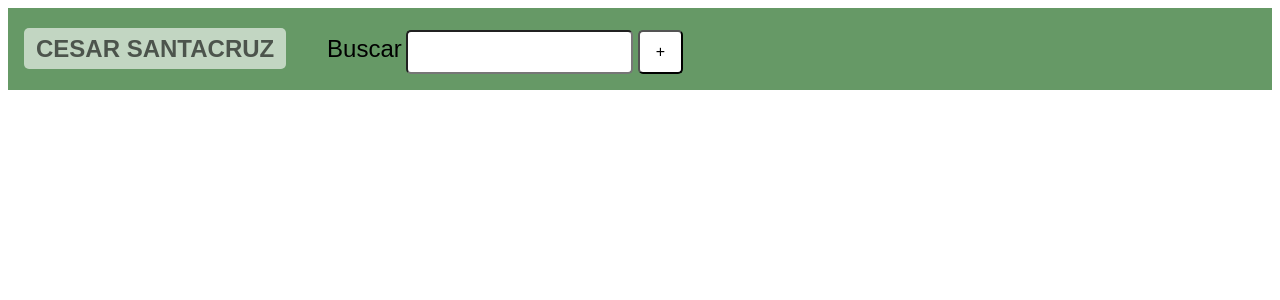
Repository: cesarsant0203/My_Study
Page: Introducción al desarrollo web/2-Css/2.7-colores_en_css3.html
These files come from the project's save history. The page is drawn as it stood at one moment and after the next save; the edit follows.
The browser window is 1280 px wide. The pictures show the whole page.

Above is the page before, as saved 2020-04-29 10:04:50.

After the next save:
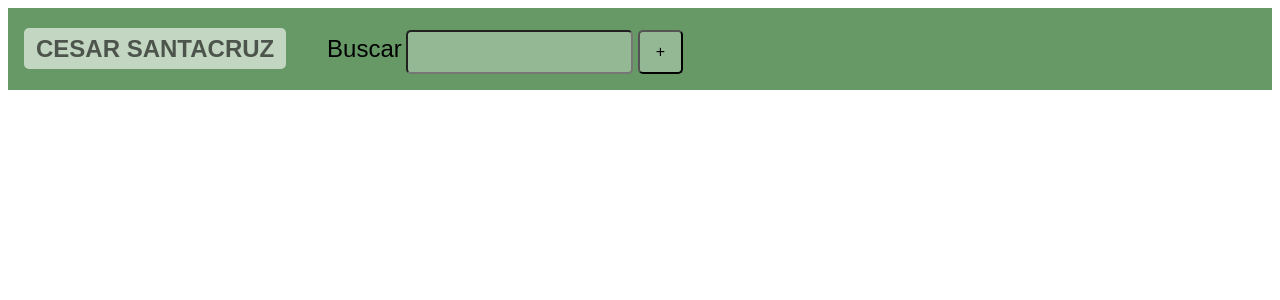
Saved 9 s later.
--- a/Introducción al desarrollo web/2-Css/2.7-colores_en_css3.css
+++ b/Introducción al desarrollo web/2-Css/2.7-colores_en_css3.css
@@ -40,5 +40,5 @@ input, button {
     font-size: 16px;
     color: black;
     border-radius: 5px;
-    background-color: white;
+    background-color: rgba(255, 255, 255, 0.301);
 }
